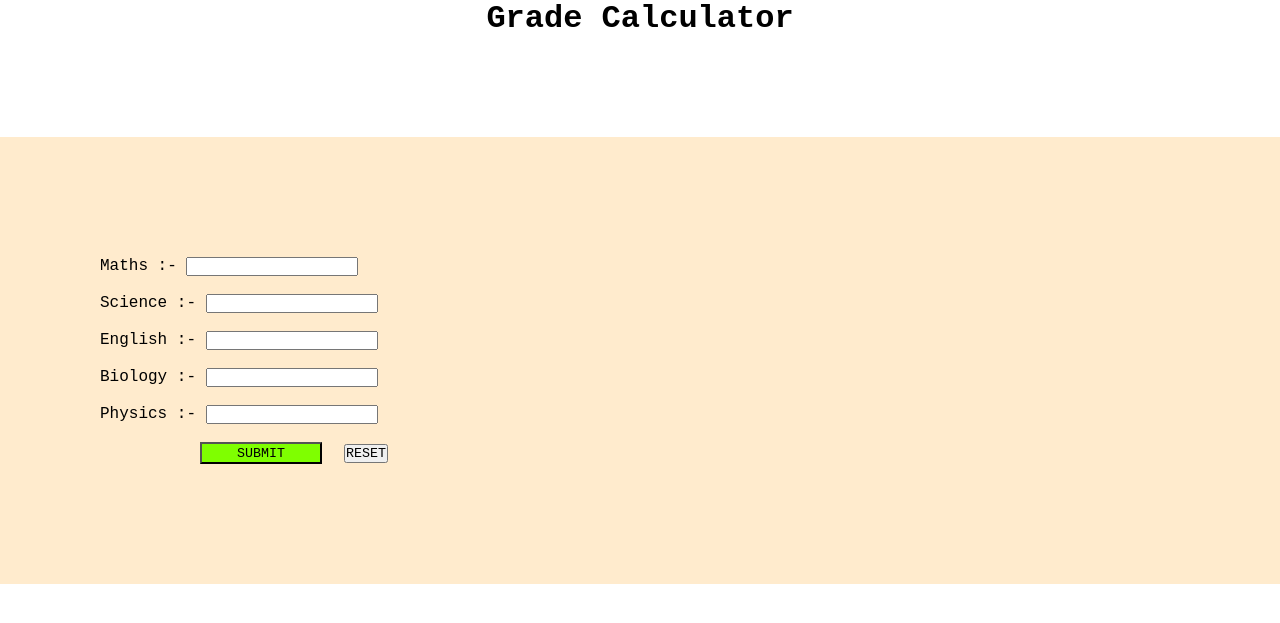
Repository: neelpatel6262/task-manager
Page: index.html
These files come from the project's save history. The page is drawn as it stood at one moment and after the next save; the edit follows.
The browser window is 1280 px wide. The pictures show the whole page.
Some web fonts or font styles are not loaded; a fallback is used.

Above is the page before, as saved 2025-07-17 16:01:50.

After the next save:
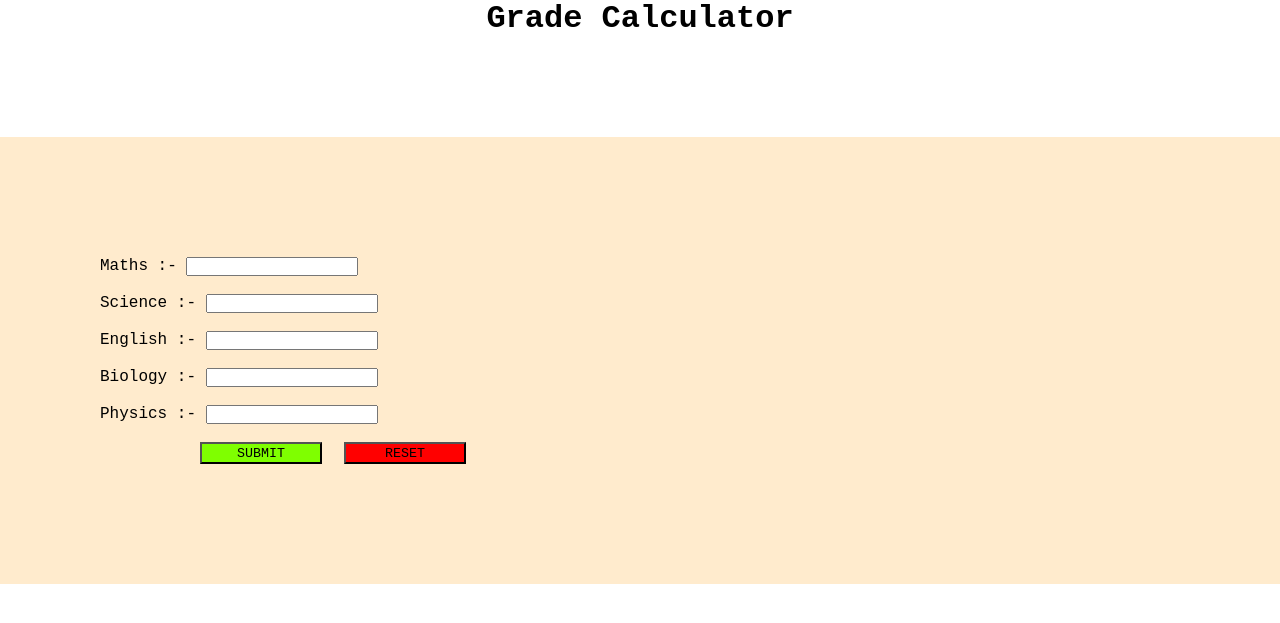
Saved 41 s later.
--- a/style.css
+++ b/style.css
@@ -30,3 +30,10 @@ h1{
   margin-left: 100px;
 margin-right: 22px;
 }
+
+.secondary{
+  background-color: red;
+    width: 122px;
+  height: 22px;
+
+}
